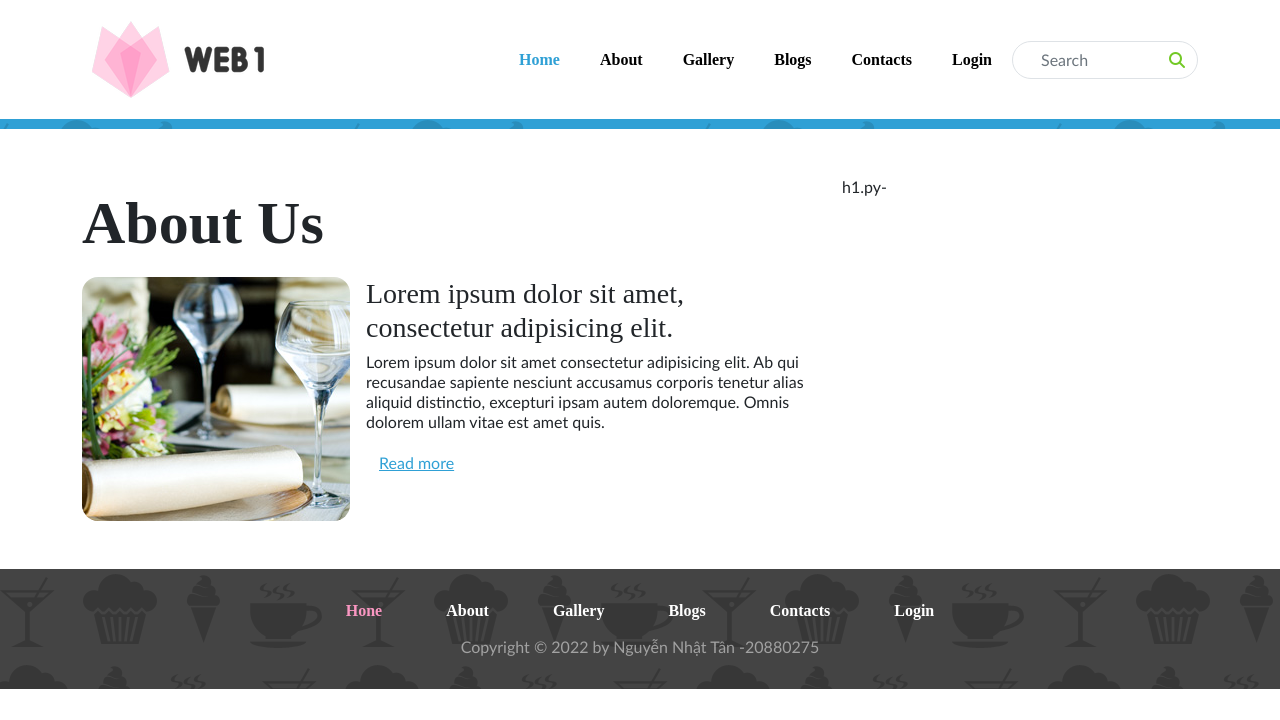
Repository: carembanhkem/web1-20880275
Page: about.html
An editor plug-in stored every save of this project. The page is shown before and after the next save, followed by the edit.
The browser window is 1280 px wide. The pictures show the whole page.
Some web fonts or font styles are not loaded; a fallback is used. Some web libraries are served in a nearby version.

Above is the page before, as saved 2023-02-06 11:16:49.
Console error: ReferenceError: bootstrap is not defined

After the next save:
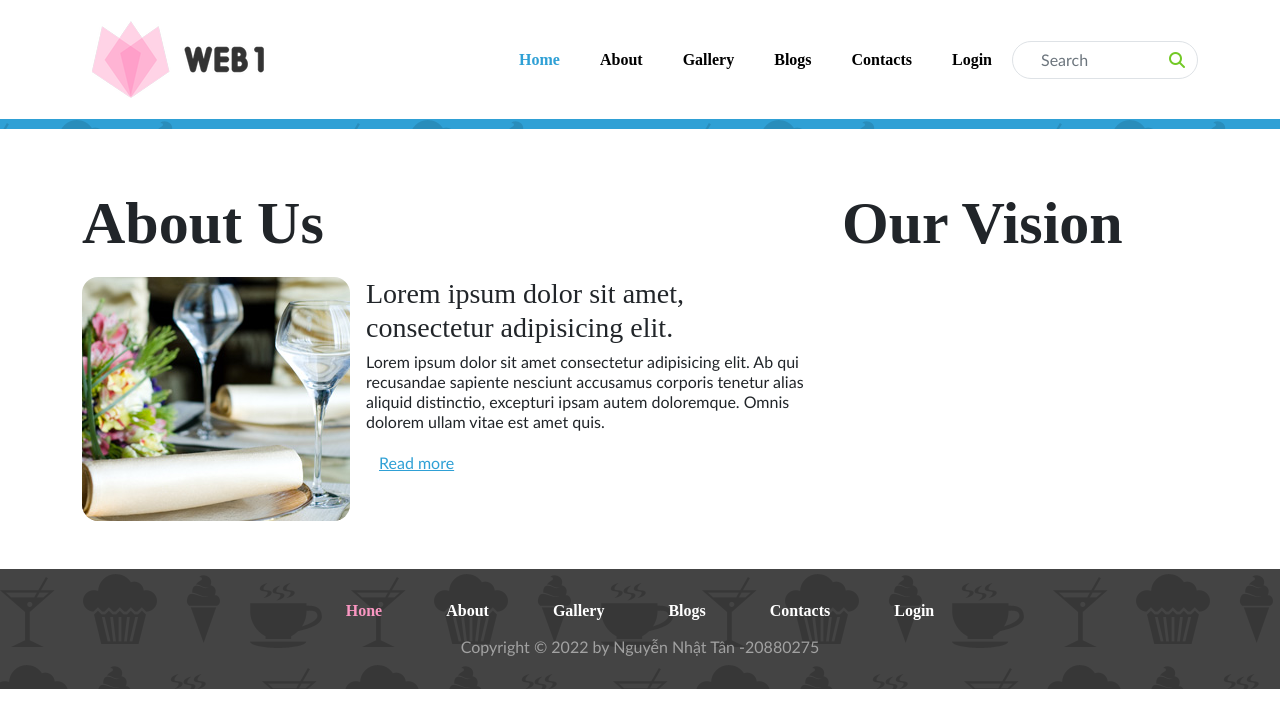
Saved 6 s later.
--- a/about.html
+++ b/about.html
@@ -73,7 +73,7 @@
                 </div>
             </div>
             <div class="col-4">
-                h1.py-
+                <h1 class="py-3">Our Vision</h1>
             </div>
         </div>
     </section>
